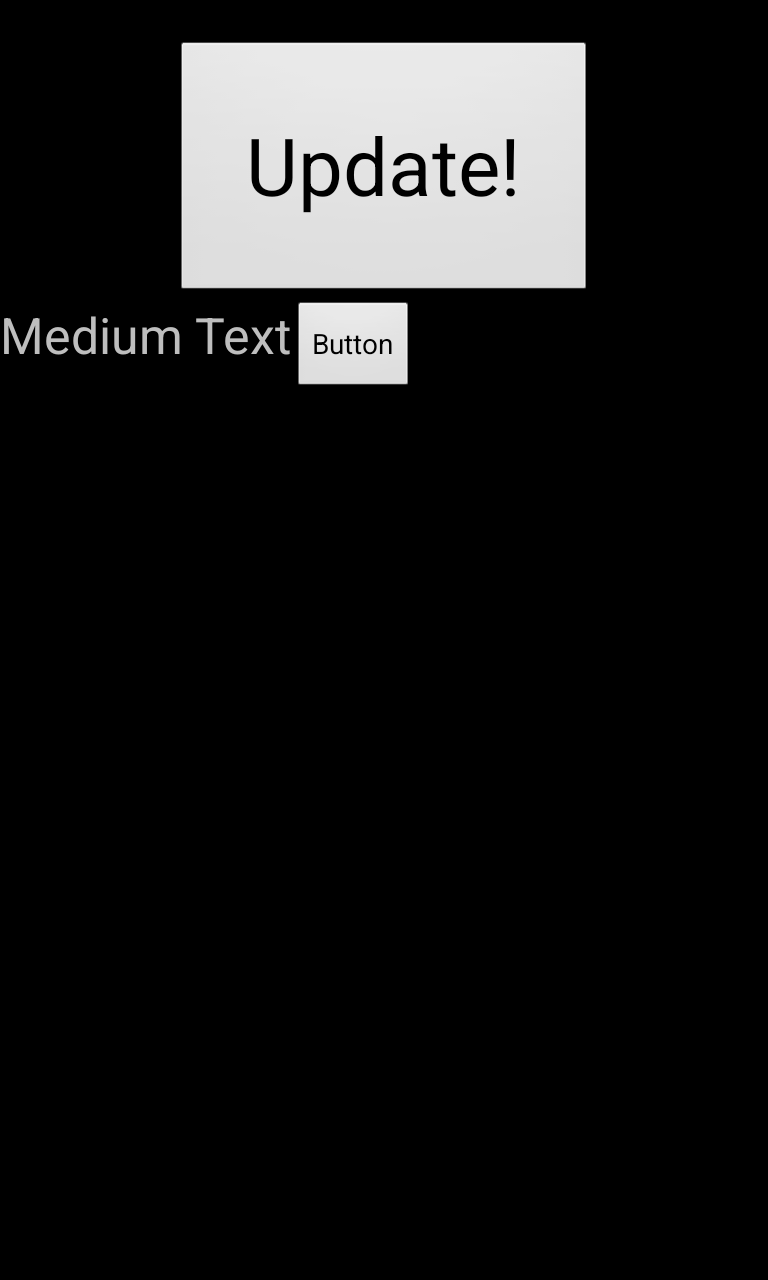
Repository: hgrateam/HangaramAPP_OLD-v2.0.6
Layout: HangaramAPP/res/layout/dbupdate.xml
The author's editor kept a copy of each file at every save. The layout is drawn from the files as they stood at one save, then again after the next save.
It is drawn on a 768 x 1280 px phone screen (xhdpi) without system bars, with theme android:Theme.Black.NoTitleBar; the app's code is not run.

Above is the layout before, as saved 2012-07-14 09:37:20.

### HangaramAPP/res/layout/dbupdate.xml
<?xml version="1.0" encoding="utf-8"?>
<LinearLayout xmlns:android="http://schemas.android.com/apk/res/android"
    android:layout_width="fill_parent"
    android:layout_height="fill_parent"
    android:orientation="vertical" >

    <Button
        android:id="@+id/updatebot"
        android:layout_width="210dp"
        android:layout_height="130dp"
        android:layout_marginTop="20dp"
        android:layout_gravity="center|top"
        android:gravity="center"
        android:text="Update!"
        android:textSize="40dp"/>

    <LinearLayout
        android:layout_width="fill_parent"
        android:layout_height="wrap_content" >

        <TextView
            android:id="@+id/textView1"
            android:layout_width="wrap_content"
            android:layout_height="wrap_content"
            android:text="Medium Text"
            android:textSize="25dp" />

        <Button
            android:id="@+id/button1"
            android:layout_width="wrap_content"
            android:layout_height="wrap_content"
            android:text="Button" />

    </LinearLayout>

</LinearLayout>

After the next save:
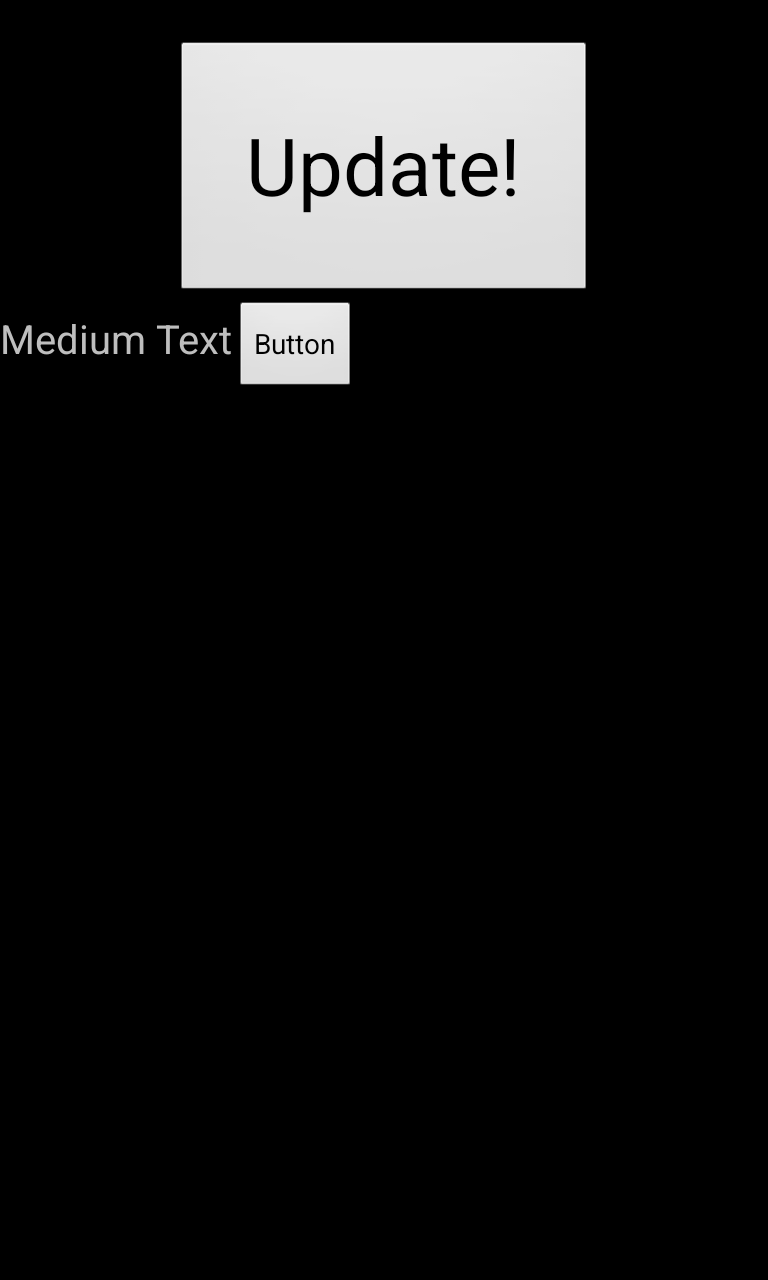
Saved 4 s later.
--- a/HangaramAPP/res/layout/dbupdate.xml
+++ b/HangaramAPP/res/layout/dbupdate.xml
@@ -23,7 +23,7 @@
             android:layout_width="wrap_content"
             android:layout_height="wrap_content"
             android:text="Medium Text"
-            android:textSize="25dp" />
+            android:textSize="20dp" />
 
         <Button
             android:id="@+id/button1"
